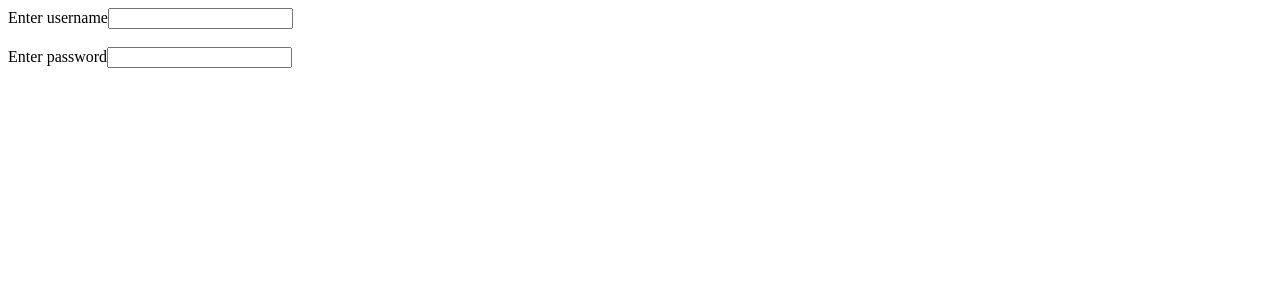
Repository: Kavya-C1/eclipsejava
Page: http://localhost/DoctorAppMaven/login.jsp
The author's editor kept a copy of each file at every save. The page is drawn from the files as they stood at one save, then again after the next save.
The browser window is 1280 px wide. The pictures show the whole page.
The page is served by Tomcat 9.

Above is the page before, as saved 2024-03-15 07:21:25.

After the next save:
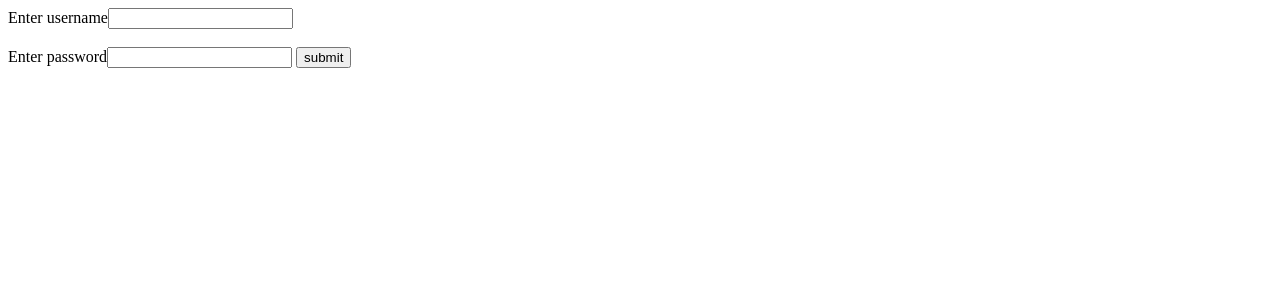
Saved 8 s later.
--- a/DoctorAppMaven/src/main/webapp/login.jsp
+++ b/DoctorAppMaven/src/main/webapp/login.jsp
@@ -13,7 +13,7 @@
 Enter username<input type="text" name="username"><br><br>
 Enter password<input type="text" name="password">
 
-
+<input type="submit" value="submit">
 
 </form>
 
